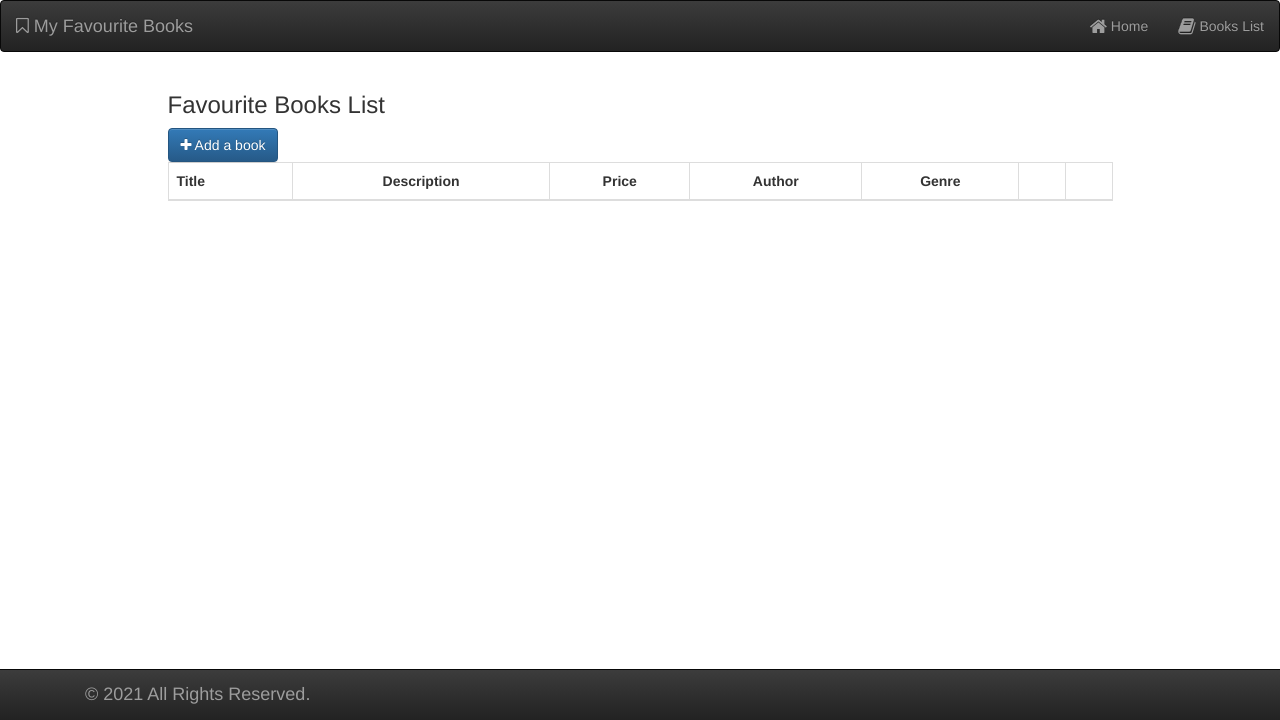
Repository: MateoD-0700/MyFirstRepo
Page: http://localhost/books
An editor plug-in stored every save of this project. The page is shown before and after the next save, followed by the edit.
The browser window is 1280 px wide. The pictures show the whole page.
The page is served by the project's Node server (server.js). Queries for data that is not in the repository find no rows.

Above is the page before, as saved 2021-06-24 00:32:20.

After the next save:
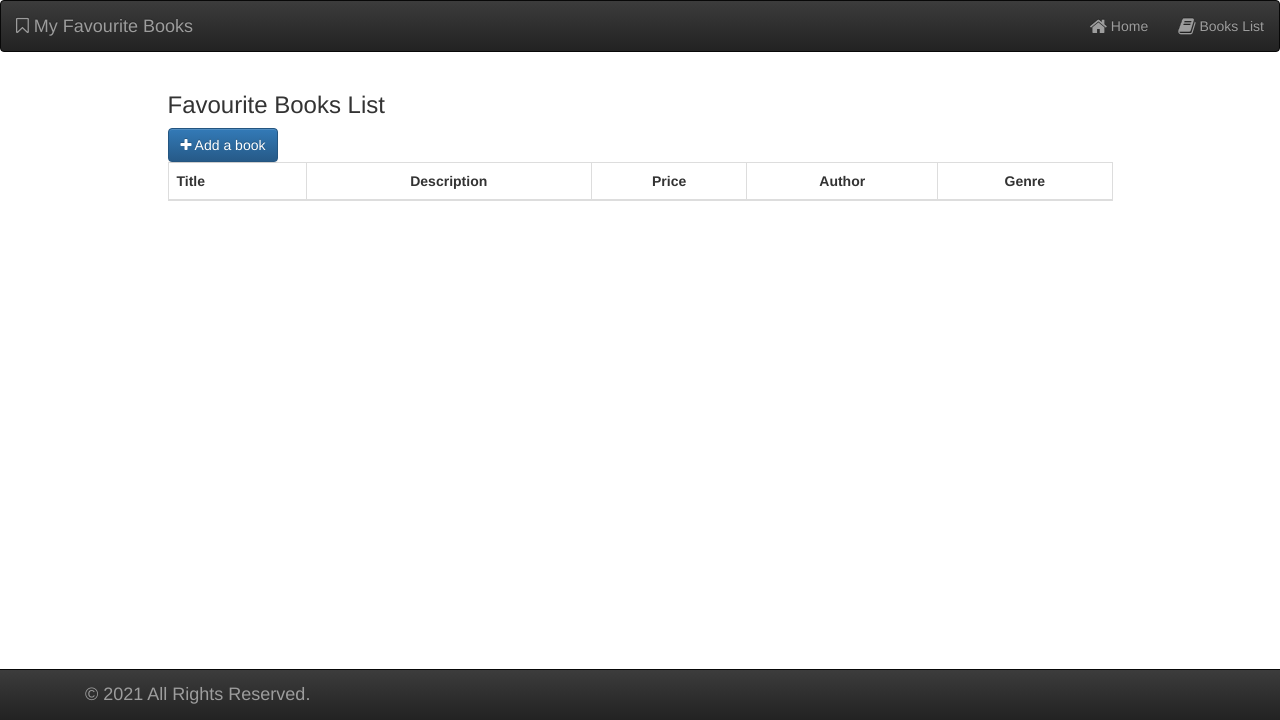
Saved 17 s later.
--- a/Desktop/Semester 3/Web Application Development/COMP229-F2020-Midterm--301156025--main/server/views/books/index.ejs
+++ b/Desktop/Semester 3/Web Application Development/COMP229-F2020-Midterm--301156025--main/server/views/books/index.ejs
@@ -20,8 +20,7 @@
                   <th class="text-center">Price</th>
                   <th class="text-center">Author</th>
                   <th class="text-center">Genre</th>
-                  <th class="text-center"></th>
-                  <th class="text-center"></th>
+
                 </tr>
                 </thead>
                 <tbody>

After the save that followed:
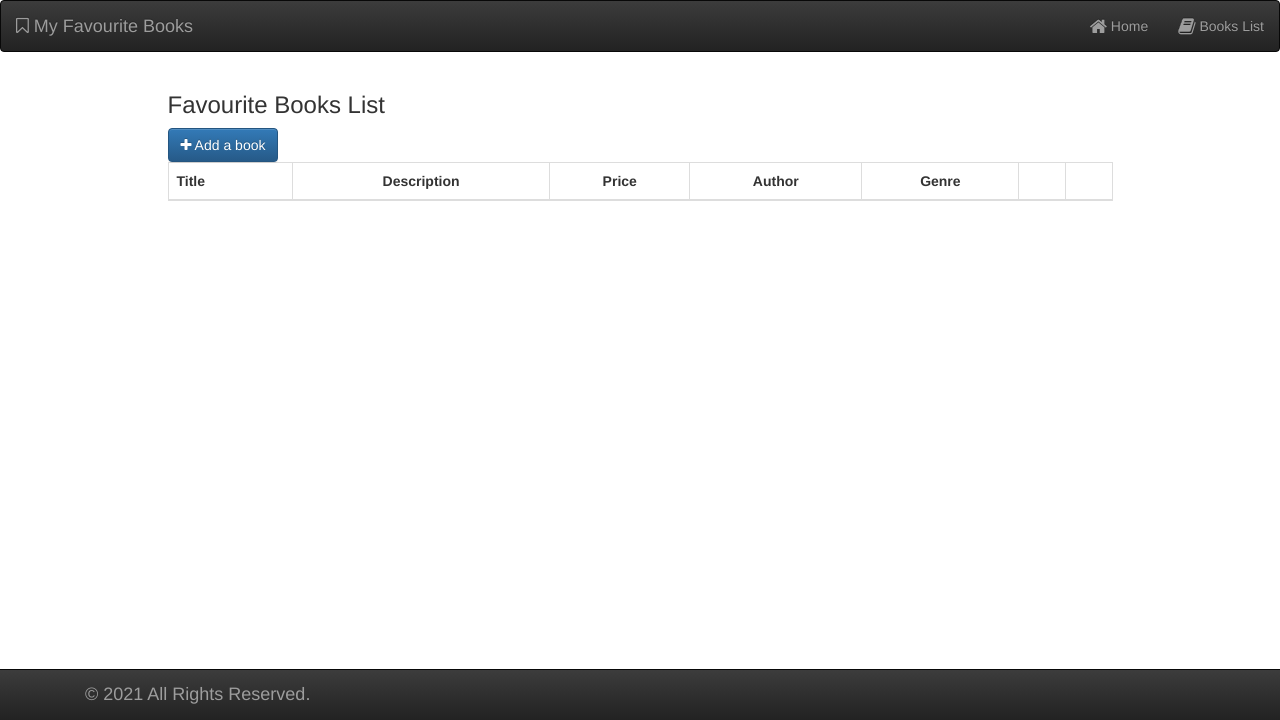
Saved 8 s later.
--- a/Desktop/Semester 3/Web Application Development/COMP229-F2020-Midterm--301156025--main/server/views/books/index.ejs
+++ b/Desktop/Semester 3/Web Application Development/COMP229-F2020-Midterm--301156025--main/server/views/books/index.ejs
@@ -20,7 +20,8 @@
                   <th class="text-center">Price</th>
                   <th class="text-center">Author</th>
                   <th class="text-center">Genre</th>
-
+                  <th class="text-center"></th>
+                  <th class="text-center"></th>
                 </tr>
                 </thead>
                 <tbody>
